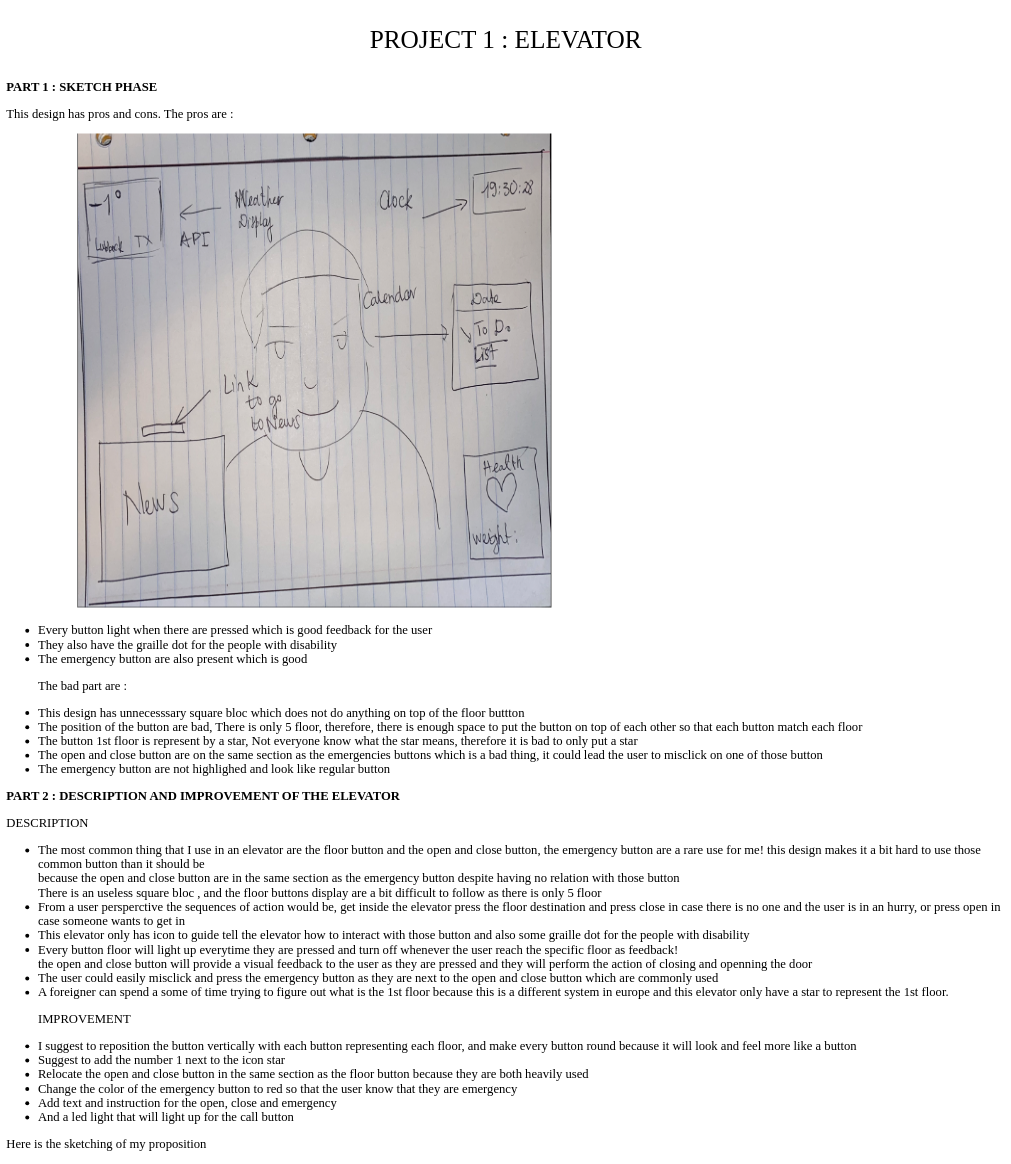
Repository: Chrisrk99/Chrisrk99.github-io
Page: index.html
The author's editor kept a copy of each file at every save. The page is drawn from the files as they stood at one save, then again after the next save.
The browser window is 1280 px wide. The pictures show the whole page, at 79% of full size.

Above is the page before, as saved 2022-11-15 20:46:32.

After the next save:
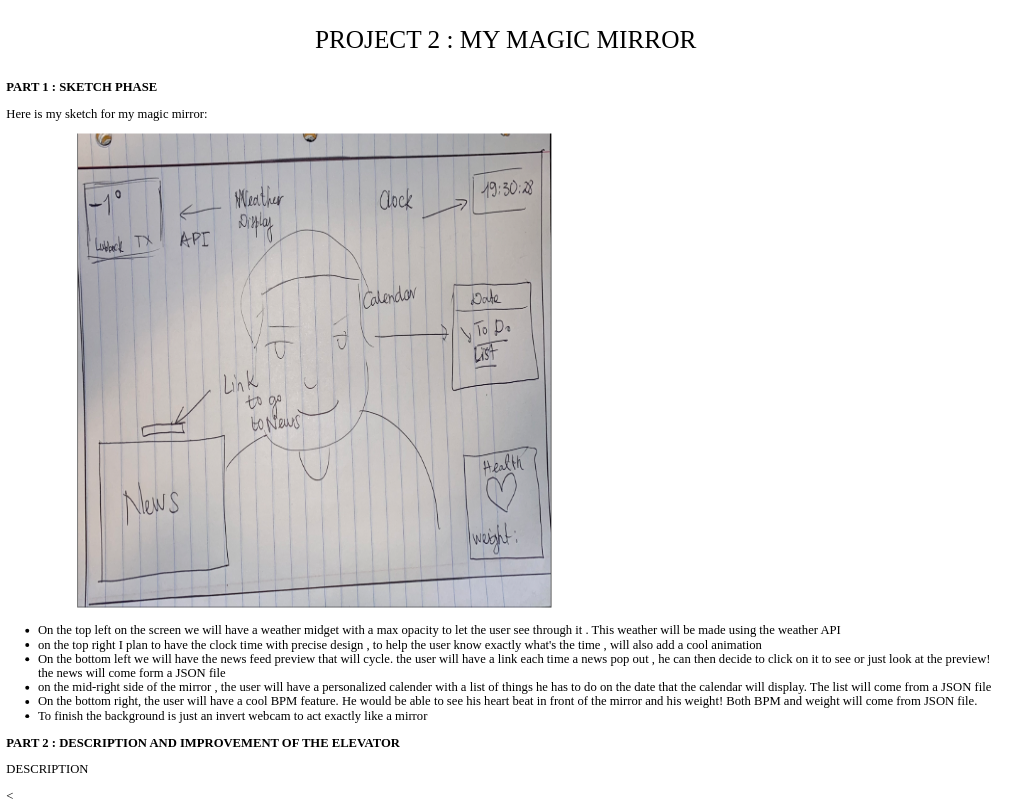
Saved 11 min 0 s later.
--- a/index.html
+++ b/index.html
@@ -3,48 +3,26 @@
 <body>
 
 
-  <p class="title" style="text-align: center; font-size:xx-large; "> PROJECT 1 : ELEVATOR </p>
+  <p class="title" style="text-align: center; font-size:xx-large; "> PROJECT 2 : MY MAGIC MIRROR </p>
   <p> <b>PART 1 : SKETCH PHASE </b>  </p>
 
 
-  <p>This design has pros and cons. The pros are :</p>
+  <p>Here is my sketch for my magic mirror:</p>
 
   <img  style="height: 600px; width:600px; margin-left:90px" src="SKETCH.png" >
 
   <ul>
 
-   <li>Every button light when there are pressed which is good feedback for the user</li>
-   <li>They also have the graille dot for the people with disability</li>
-   <li>The emergency button are also present which is good</li>
-   <p>The bad part are :</p>
-   <li>This design has unnecesssary square bloc which does not do anything on top of the floor buttton</li>
-   <li>The position of the button are bad, There is only 5 floor, therefore, there is enough space to put the button on top of each other so that each button match each floor</li>
-   <li>The button 1st floor is represent by a star, Not everyone know what the star means, therefore it is bad to only put a star</li>
-   <li>The open and close button are on the same section as the emergencies buttons which is a bad thing, it could lead the user to misclick on one of those button</li>
-   <li>The emergency button are not highlighed and look like regular button</li>
+   <li>On the top left on the screen we will have a weather midget with a max opacity to let the user see through it . This weather will be made using the weather API</li>
+   <li>on the top right I plan to have the clock time with precise design , to help the user know exactly what's the time , will also add a cool animation</li>
+   <li>On the bottom left we will have the news feed  preview that will cycle. the user will have a link each time a news pop out , he can then decide to click on it to see or just look at the preview! the news will come form a JSON file</li>
+   <li>on the mid-right side of the mirror , the user will have a personalized calender with a list of things he has to do on the date that the calendar will display. The list will come from a JSON file</li>
+   <li>On the bottom right, the user will have a cool BPM feature. He would be able to see his heart beat in front of the mirror and his weight! Both BPM and weight will come from JSON file. </li>
+   <li>To finish the background is just an invert webcam to act exactly like a mirror</li>
   </ul>
 
 <p><b> PART 2 :  DESCRIPTION AND IMPROVEMENT OF THE ELEVATOR </b></p>
 <P>DESCRIPTION</P>
-<ul>
-<li>The most common thing that I use in an elevator are the floor button and the open and close button, the emergency button are a rare use for me! this design makes it a bit hard to use those common button than it should be  <br>
-because the open and close button are in the same section as the emergency button despite having no relation with those button <br>
-There is an useless square bloc , and the floor buttons display are a bit difficult to follow as there is only 5 floor</li>
-<li>From a user persperctive the sequences of action would be, get inside the elevator press the floor destination and press close in case there is no one and the user is in an hurry, or press open in case someone wants to get in </li>
-<li>This elevator only has icon to guide tell the elevator how to interact with those button and also some graille dot for the people with disability</li>
-<li>Every button floor will light up everytime they are pressed and turn off whenever the user reach the specific floor as feedback! <br>
-the open and close button will provide a visual feedback to the user as they are pressed and they will perform the action of closing and openning the door</li>
-<li>The user could easily misclick and press the emergency button as they are next to the open and close button which are commonly used</li>
- <li>A foreigner can spend a some of time trying to figure out what is the 1st floor because this is a different system in europe and this elevator only have a star to represent the 1st floor.
-</li>
-<p>IMPROVEMENT</p>
-<li>I suggest to reposition the button vertically with each button representing each floor, and make every button round because it will look and feel more like a button</li>
-<li>Suggest to add the number 1 next to the icon star</li>
-<li>Relocate the open and close button in the same section as the floor button because they are both heavily used </li>
-<li>Change the color of the emergency button to red so that the user know that they are emergency</li>
-<li>Add text and instruction for the open, close and emergency</li>
-<li>And a led light that will light up for the call button</li>
-</ul>
-<P>  Here is the sketching of my proposition </P>
+<
 </body>
 </html>
